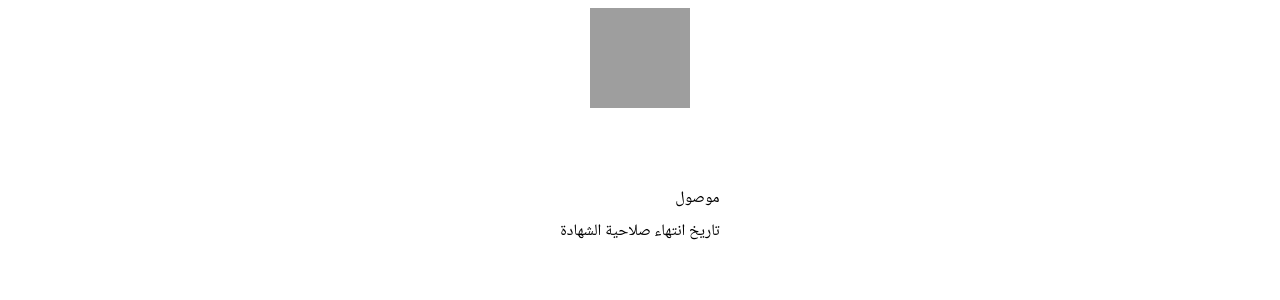
Repository: khanshakiil/ArabicHTMLToPDF
Page: HospitalFrontDesk/src/main/resources/html.html
These files come from the project's save history. The page is drawn as it stood at one moment and after the next save; the edit follows.
The browser window is 1280 px wide. The pictures show the whole page.
Pictures or frames that could not be fetched are drawn as grey boxes.

Above is the page before, as saved 2020-03-05 20:01:53.

### HospitalFrontDesk/src/main/resources/html.html
<!DOCTYPE html>
<html>

<head>
<style>
table {
margin: 60px;
padding: 10px;

}
#qrCode{
width: 100px;
height: 100px;
}
</style>

</head>

<body>
<center>
<table >
<tr><td dir="rtl" style="font-family: Noto Naskh Arabic">موصول</td></tr>
<tr><img src="E:\\qrcode.png" id="qrCode"></img> </tr>
<tr><td dir="rtl" style="font-family: Noto Naskh Arabic">تاريخ انتهاء صلاحية الشهادة </td></tr>

</table></center>
</body>

</html>

After the next save:
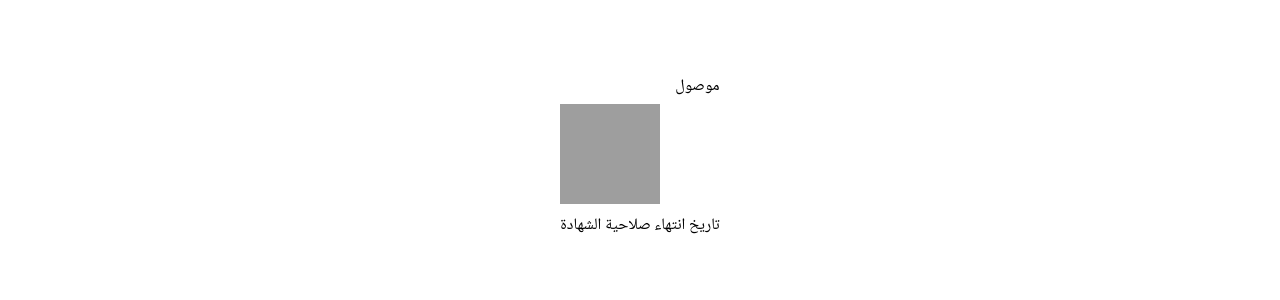
Saved 19 s later.
--- a/HospitalFrontDesk/src/main/resources/html.html
+++ b/HospitalFrontDesk/src/main/resources/html.html
@@ -20,7 +20,7 @@ height: 100px;
 <center>
 <table >
 <tr><td dir="rtl" style="font-family: Noto Naskh Arabic">موصول</td></tr>
-<tr><img src="E:\\qrcode.png" id="qrCode"></img> </tr>
+<tr><td><img src="E:\\qrcode.png" id="qrCode"></img></td> </tr>
 <tr><td dir="rtl" style="font-family: Noto Naskh Arabic">تاريخ انتهاء صلاحية الشهادة </td></tr>
 
 </table></center>
